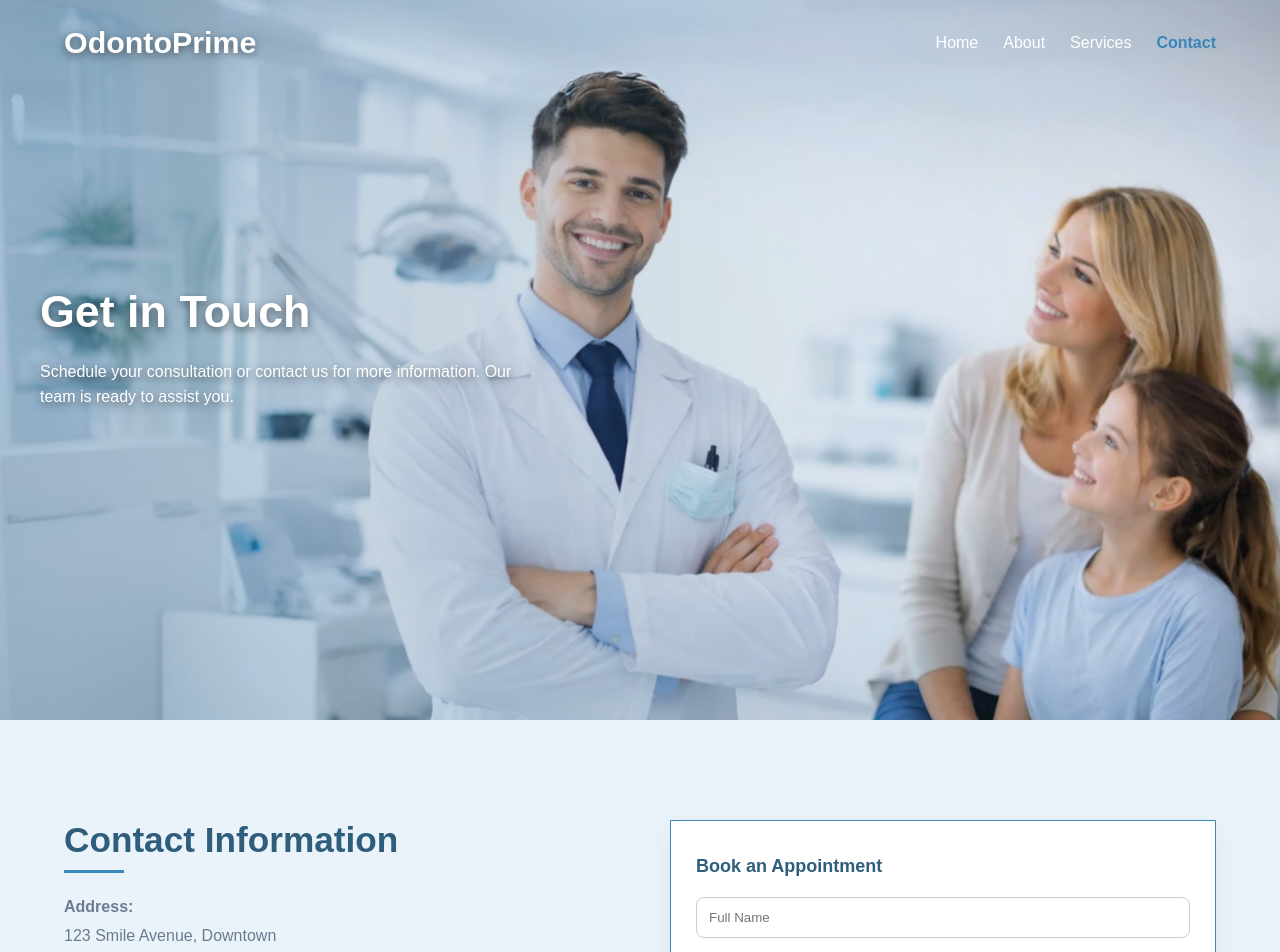
Repository: davidfsillva/OdontoPrime
Page: contact.html
These files come from the project's save history. The page is drawn as it stood at one moment and after the next save; the edit follows.
The browser window is 1280 px wide. The pictures show the part of the page from y = 0 to 952 px (the page is 2670 px tall before and 2681 px after).

Above is the page before, as saved 2026-02-17 09:08:16.

After the next save:
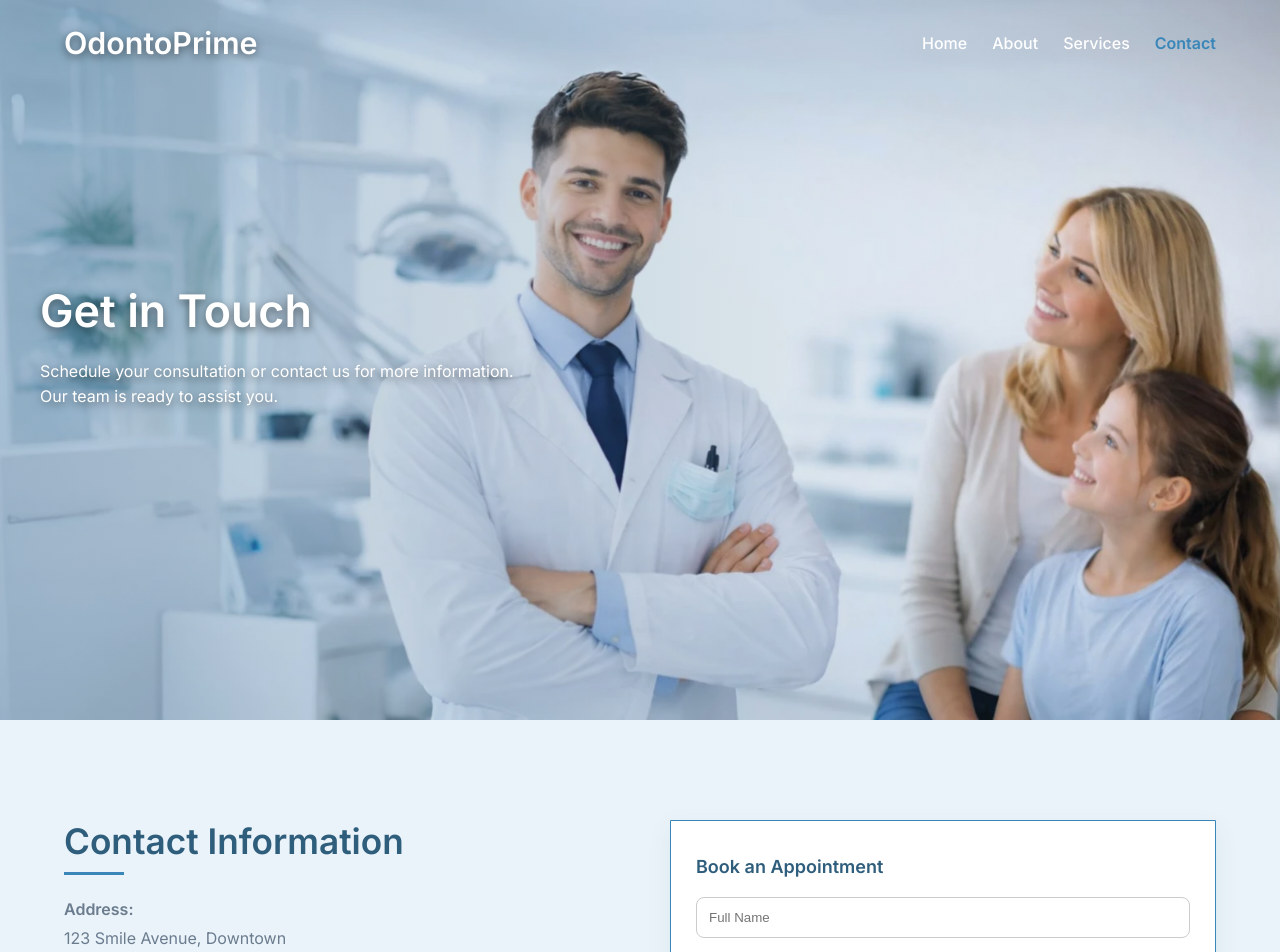
Saved 29 s later.
--- a/style.css
+++ b/style.css
@@ -21,13 +21,14 @@
     margin:0;
     padding:0;
     box-sizing:border-box;
-    font-family:'Poppins', sans-serif;
 }
 
 body{
+    font-family:'Inter', sans-serif;
     background:var(--bg-light);
     color:var(--text-dark);
 }
+
 
 .container{
     width:90%;
